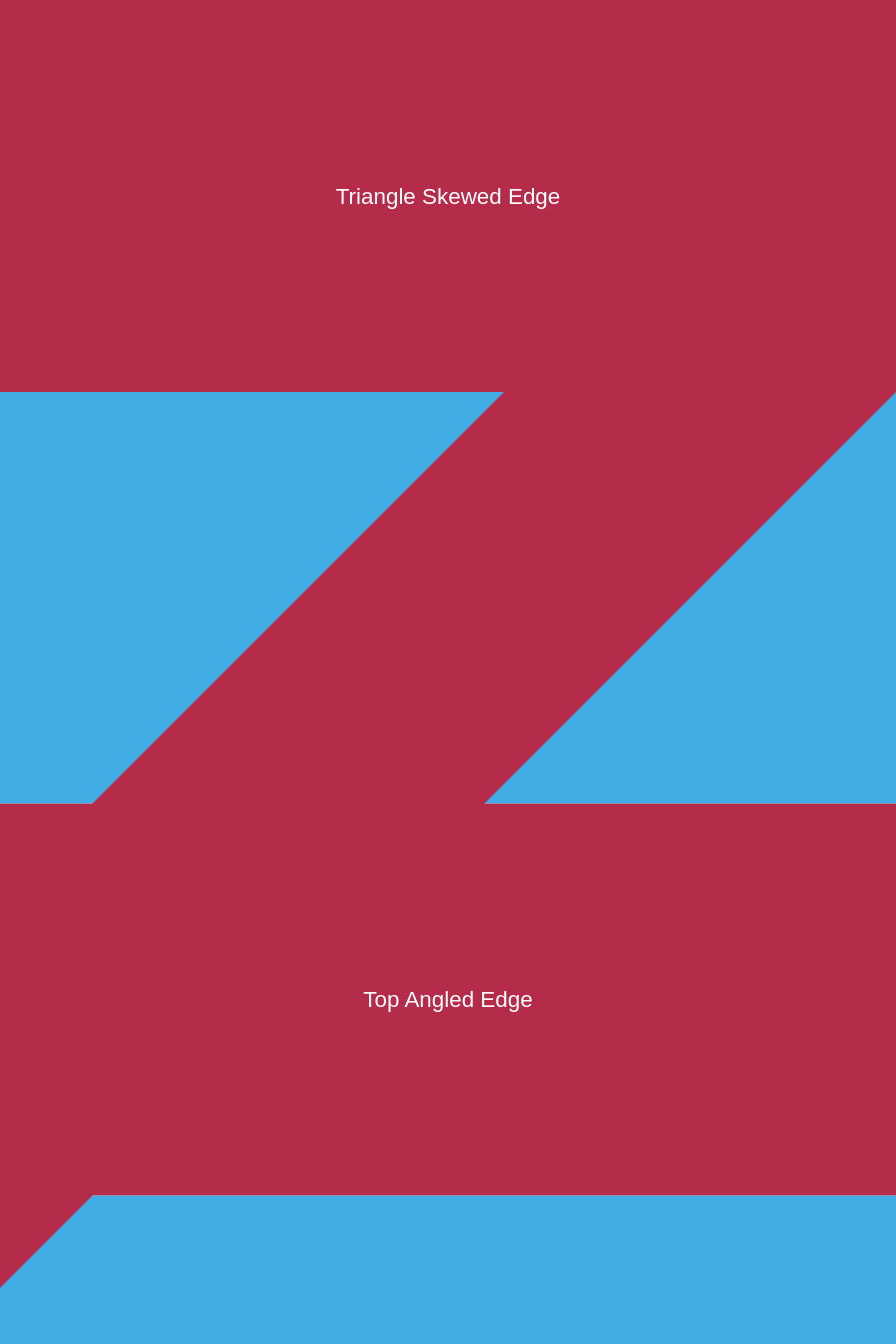
Repository: FrontendProjectsNL/mijn-portfolio-project
Page: /test-skewed-triangle
The author's editor kept a copy of each file at every save. The page is drawn from the files as they stood at one save, then again after the next save.
The browser window is 1280 px wide. The pictures show the part of the page from y = 0 to 1920 px (the page is 3444 px tall), at 70% of full size.
The project was rebuilt for these pictures with package versions that can differ from the ones it lists, and the page was loaded fresh each time. The framework's server and built-in components were replaced by stand-ins that run in the browser. Also part of the build but not shown: next.config.mjs.

Above is the page before, as saved 2024-10-23 00:29:53.

### app/layout.tsx
import type { Metadata } from 'next';
import localFont from 'next/font/local';

import { Roboto, Fira_Code, HelveticaNowDisplay } from 'next/font/google';

import './globals.css';

const geistSans = localFont({
  src: './fonts/GeistVF.woff',
  variable: '--font-geist-sans',
  weight: '100 900',
});
const geistMono = localFont({
  src: './fonts/GeistMonoVF.woff',
  variable: '--font-geist-mono',
  weight: '100 900',
});

const roboto = Roboto({
  subsets: ['latin'],
  weight: ['300', '400', '500', '700'],
  variable: '--font-roboto',
});

const firaCode = Fira_Code({
  subsets: ['latin'],
  weight: ['300', '400', '500', '700'],
  variable: '--font-fira-code',
});

export const metadata: Metadata = {
  title: 'Create Next App',
  description: 'Generated by create next app',
};

export default function RootLayout({
  children,
}: Readonly<{
  children: React.ReactNode;
}>) {
  return (
    <html lang="en">
      <body
        className={`${roboto.variable} ${firaCode.variable} ${geistSans.variable} ${geistMono.variable} antialiased`}
      >
        {children}
      </body>
    </html>
  );
}

### app/test-skewed-triangle/page.tsx
import '../test-skewed-triangle/skewed-triangle.css';

interface SkewedTriangleProps {}

const SkewedTriangle: React.FC<SkewedTriangleProps> = () => {
  return (
    <div>
      <div className="block bg-berry edge--triangle">
        <h1>Triangle Skewed Edge</h1>
      </div>

      <div className="block bg-blue edge edge--bottom-reverse">
        <h1>Bottom Angled Edge</h1>
        <p>Reversed</p>
      </div>

      <div className="block bg-berry edge edge--top">
        <h1>Top Angled Edge</h1>
      </div>

      <div className="block bg-blue edge edge--top-reverse">
        <h1>Top Angled Edge</h1>
        <p>Reversed</p>
      </div>

      <div className="block bg-orange edge edge--both">
        <h1>Top & Bottom Angled Edges</h1>
      </div>

      <div className="block bg-green edge edge--both-reverse">
        <h1>Top & Bottom Angled Edges</h1>
        <p>Reversed</p>
      </div>
    </div>
  );
};

export default SkewedTriangle;

### app/test-skewed-triangle/skewed-triangle.css
.edge--triangle {
  position: relative;
  z-index: 1;
}

.edge--triangle::after {
  background: inherit;
  content: '';
  display: block;
  width: 100%;
  height: 100%;
  position: absolute;
  bottom: 0;
  left: 0;
  z-index: -1;
  transform: skewY(-45deg); /* Adjust skew to make a triangle-like shape */
  transform-origin: 100% 100%;
}

/* Background Colors */
.bg-berry {
  background: #b52b4a;
}

.bg-blue {
  background: #41ade5;
}

.bg-orange {
  background: #de6628;
}

.bg-green {
  background: #5e9b42;
}

.block {
  color: #fff;
  font-family: 'Fira Sans', sans-serif;
  padding: 20% 20px;
  text-align: center;
}

h1 {
  font-size: 32px;
  font-weight: 500;
}

p {
  font-size: 14px;
  font-weight: 300;
  margin-top: 0.5em;
}

### tailwind.config.ts
import { Roboto } from 'next/font/google';
import type { Config } from 'tailwindcss';

const config: Config = {
  darkMode: ['class'],
  content: [
    './pages/**/*.{js,ts,jsx,tsx,mdx}',
    './components/**/*.{js,ts,jsx,tsx,mdx}',
    './app/**/*.{js,ts,jsx,tsx,mdx}',
  ],

  theme: {
    extend: {
      // You can define custom animations here
      // keyframes: {
      //   slideKeyframe: {
      //     '0%': { transform: 'translateX(0)' },
      //     '100%': { transform: 'translateX(100%)' },
      //   },
      // },
      // animation: {
      //   slideAnimation: 'slideKeyframe 0.5s ease-in-out',
      // },
      fontFamily: {
        roboto: ['var(--font-roboto)', 'sans-serif'],
        firaCode: ['var(--font-fira-code)', 'monospace'],
      },
      colors: {
        background: 'hsl(var(--background))',
        foreground: 'hsl(var(--foreground))',
        card: {
          DEFAULT: 'hsl(var(--card))',
          foreground: 'hsl(var(--card-foreground))',
        },
        popover: {
          DEFAULT: 'hsl(var(--popover))',
          foreground: 'hsl(var(--popover-foreground))',
        },
        primary: {
          DEFAULT: 'hsl(var(--primary))',
          foreground: 'hsl(var(--primary-foreground))',
        },
        secondary: {
          DEFAULT: 'hsl(var(--secondary))',
          foreground: 'hsl(var(--secondary-foreground))',
        },
        muted: {
          DEFAULT: 'hsl(var(--muted))',
          foreground: 'hsl(var(--muted-foreground))',
        },
        accent: {
          DEFAULT: 'hsl(var(--accent))',
          foreground: 'hsl(var(--accent-foreground))',
        },
        destructive: {
          DEFAULT: 'hsl(var(--destructive))',
          foreground: 'hsl(var(--destructive-foreground))',
        },
        border: 'hsl(var(--border))',
        input: 'hsl(var(--input))',
        ring: 'hsl(var(--ring))',
        chart: {
          '1': 'hsl(var(--chart-1))',
          '2': 'hsl(var(--chart-2))',
          '3': 'hsl(var(--chart-3))',
          '4': 'hsl(var(--chart-4))',
          '5': 'hsl(var(--chart-5))',
        },
      },
      borderRadius: {
        lg: 'var(--radius)',
        md: 'calc(var(--radius) - 2px)',
        sm: 'calc(var(--radius) - 4px)',
      },
    },
  },
  plugins: [require('tailwindcss-animate')],
};
export default config;

Loaded but not shown: app/globals.css (common file)

After the next save:
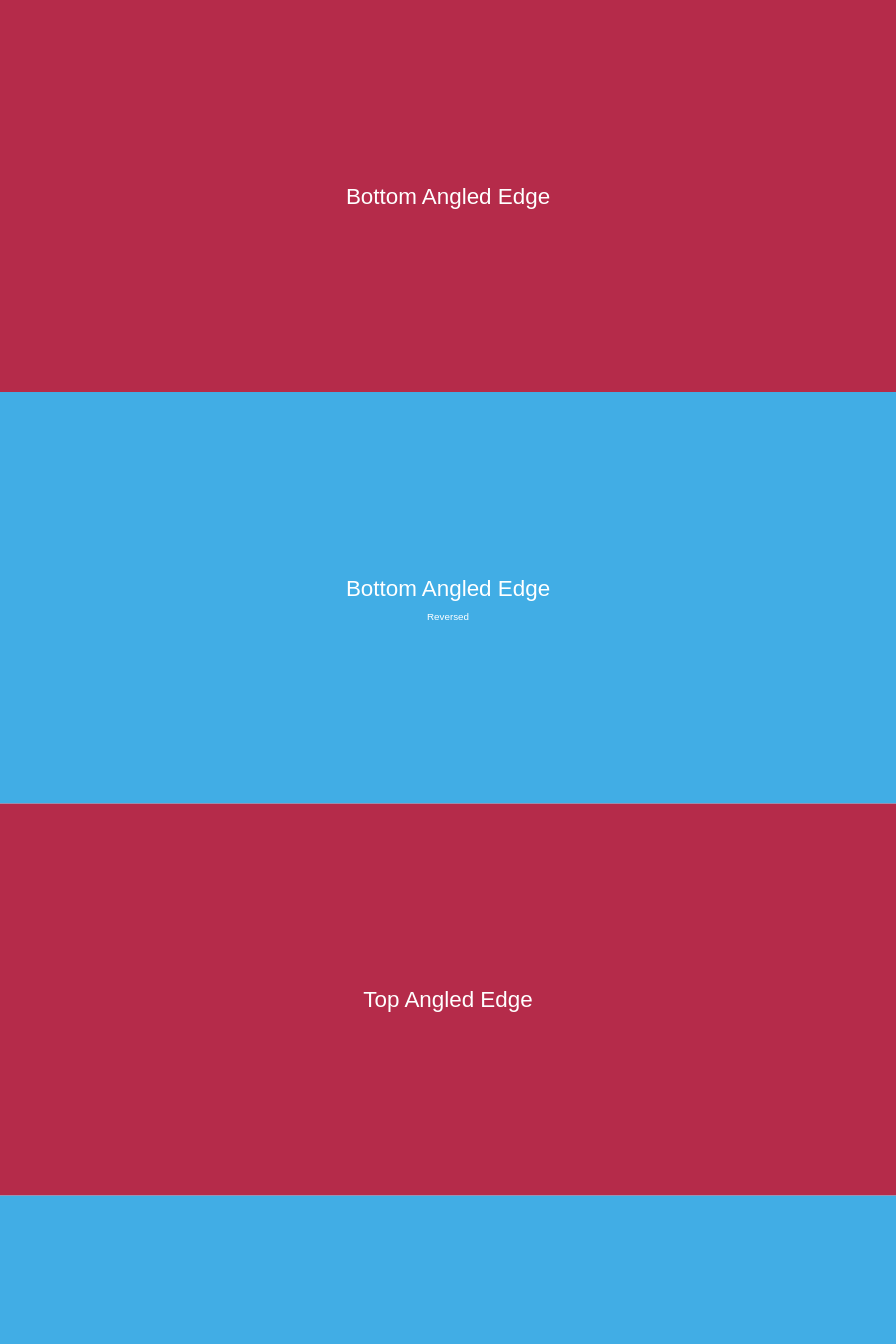
Saved 28 s later.
--- a/app/test-skewed-triangle/page.tsx
+++ b/app/test-skewed-triangle/page.tsx
@@ -5,8 +5,8 @@ interface SkewedTriangleProps {}
 const SkewedTriangle: React.FC<SkewedTriangleProps> = () => {
   return (
     <div>
-      <div className="block bg-berry edge--triangle">
-        <h1>Triangle Skewed Edge</h1>
+      <div className="block bg-berry edge edge--bottom">
+        <h1>Bottom Angled Edge</h1>
       </div>
 
       <div className="block bg-blue edge edge--bottom-reverse">
